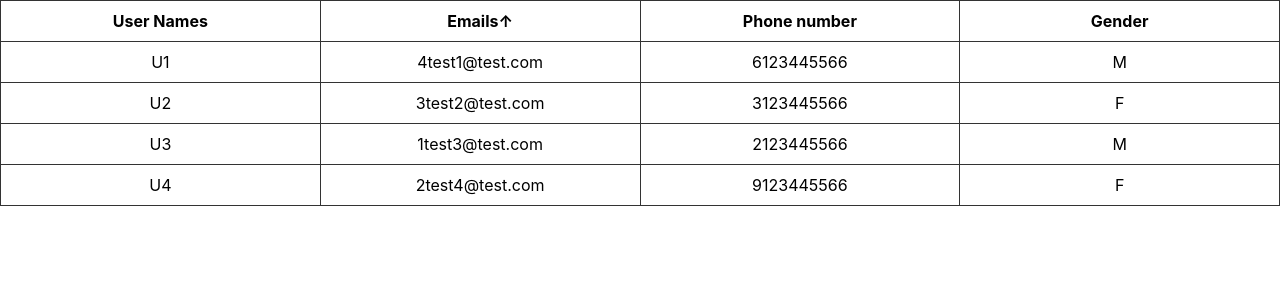
Repository: mayank-tavisca/dynamic-grids
Page: /
An editor plug-in stored every save of this project. The page is shown before and after the next save, followed by the edit.
The browser window is 1280 px wide. The pictures show the whole page.
The project was rebuilt for these pictures with package versions that can differ from the ones it lists, and the page was loaded fresh each time.

Above is the page before, as saved 2020-02-04 13:30:23.

After the next save:
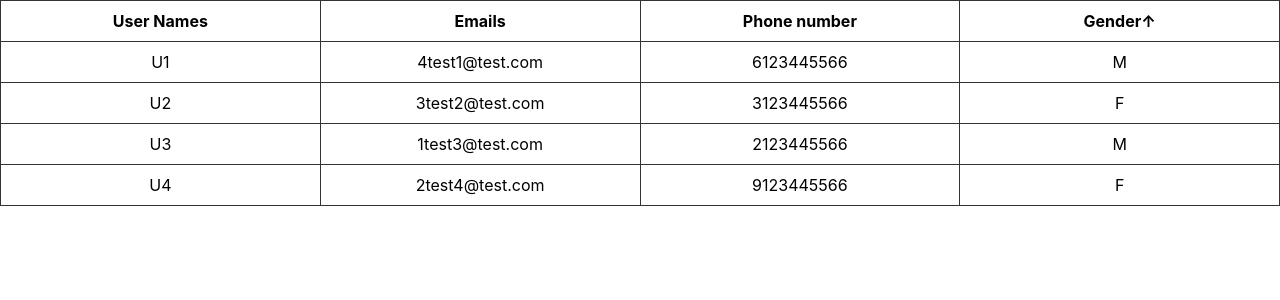
Saved 27 s later.
--- a/src/App.tsx
+++ b/src/App.tsx
@@ -41,7 +41,7 @@ const Data1 = {
   sortingEnabled: true,
   sorting: {
     defaultOrder: "ascending",
-    sortBy: "email"
+    sortBy: "gender"
   }
 };
 
